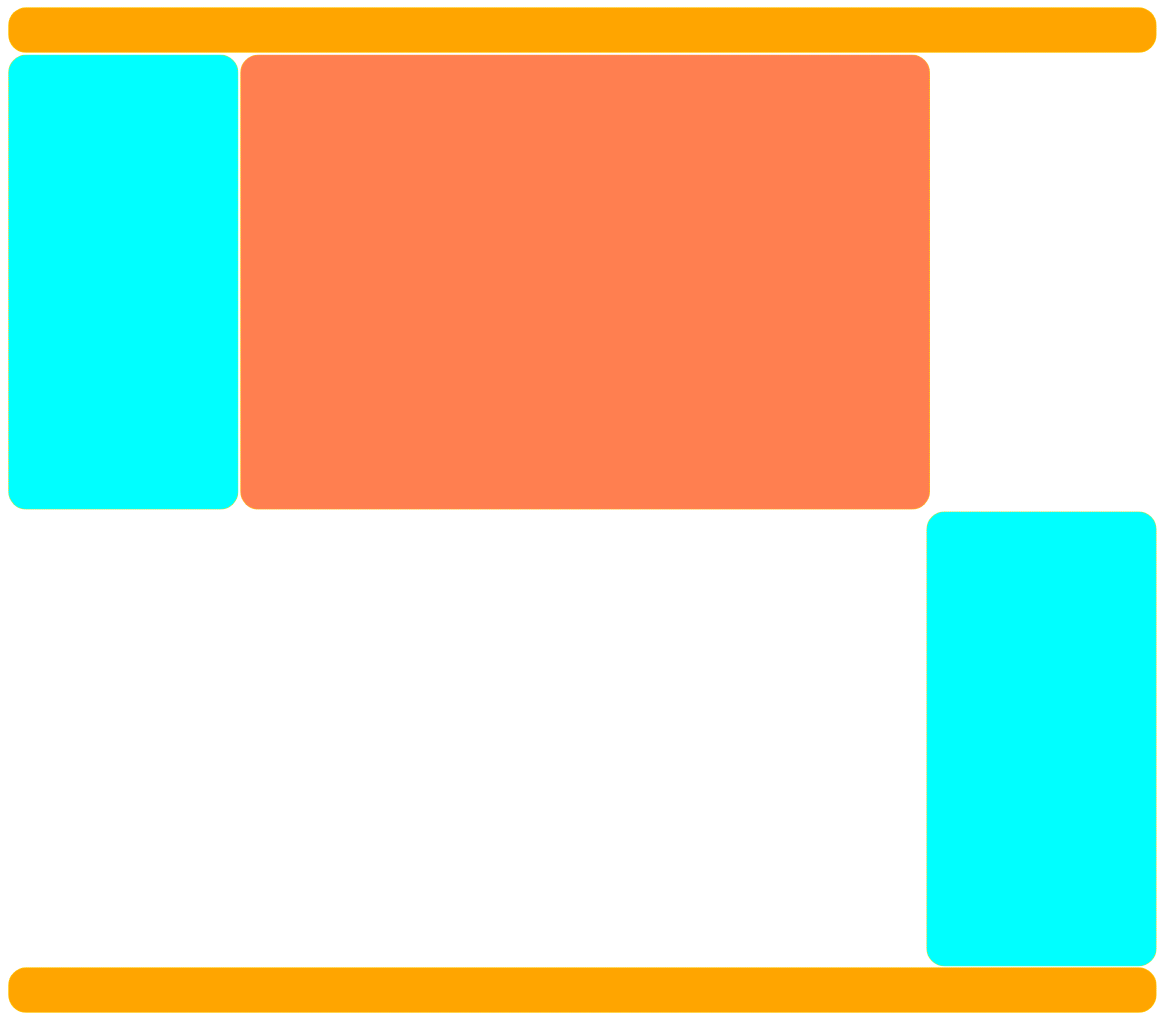
Repository: seonyeob94/BasicWeb
Page: webpro/src/main/webapp/0313/레이아웃_semantic.html
These files come from the project's save history. The page is drawn as it stood at one moment and after the next save; the edit follows.
The browser window is 1280 px wide. The pictures show the whole page, at 91% of full size.

Above is the page before, as saved 2025-03-13 01:13:34.

### webpro/src/main/webapp/0313/레이아웃_semantic.html
<!DOCTYPE html>
<html>
<head>
<meta charset="UTF-8">
<title>Insert title here</title>
<style type="text/css">
body{
  min-width : 1000px;
}
header,aside,section,footer{
  border: 1px dotted gold;
  margin: 1px;
  padding: 5px;
  box-sizing: border-box;
  border-radius: 20px;
}
header,footer{
  height: 50px;
  background: orange;
}
aside, section{
   height: 500px;
}
aside{
  width: calc(21% - 1%);
  background: cyan;
}
#left{
  float: left;
}
#right{
  float: right;
}
section{
  width: calc(61% - 1%);
  background: coral;
  float: left;
}
footer{
  clear: both;
}
</style>
</head>
<body>
<header></header>
<aside id="left"></aside>
<section></section>
<aside id="right"></aside>
<footer></footer>
</body>
</html>

After the next save:
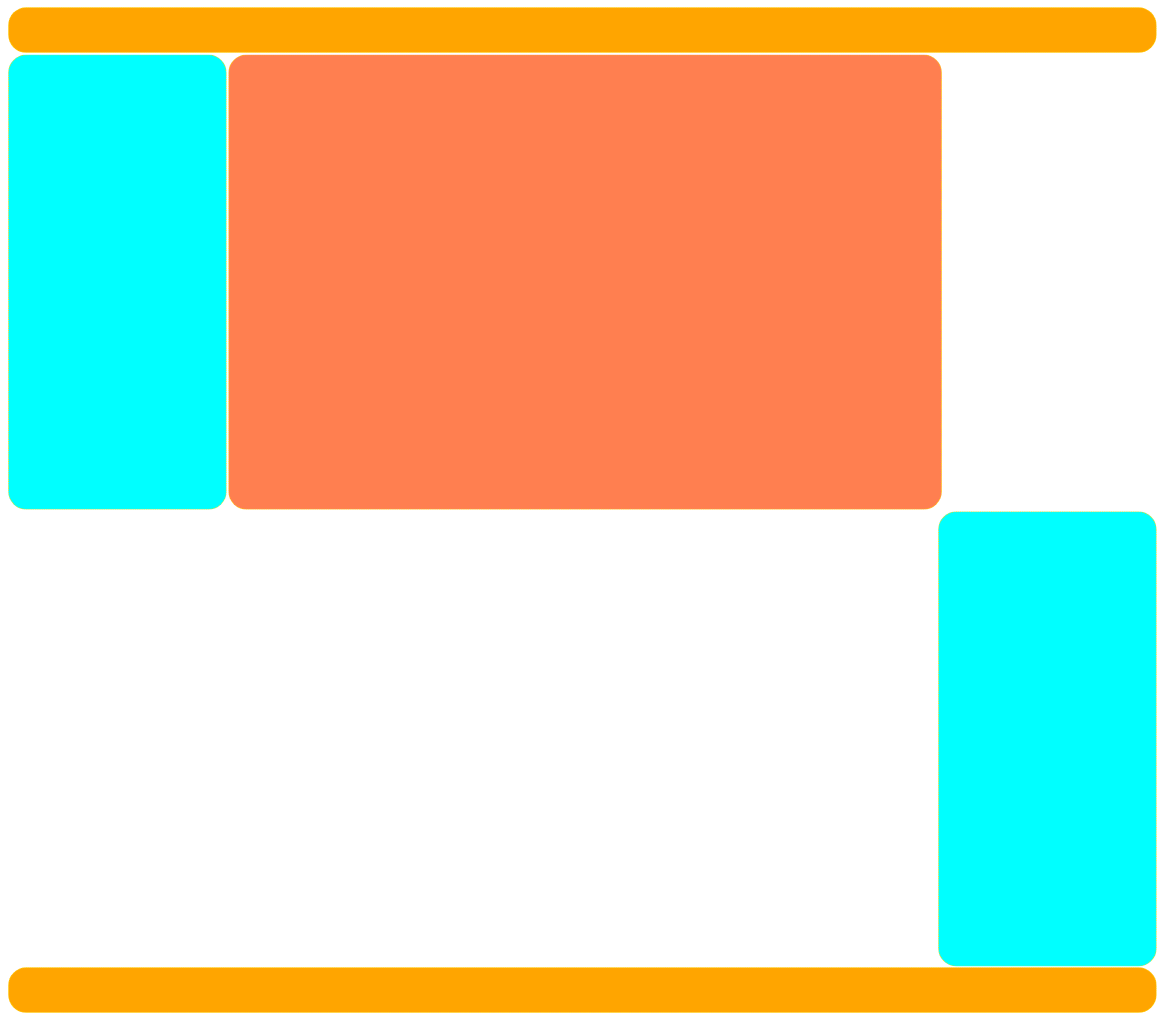
Saved 10 s later.
--- a/webpro/src/main/webapp/0313/레이아웃_semantic.html
+++ b/webpro/src/main/webapp/0313/레이아웃_semantic.html
@@ -22,7 +22,7 @@
    height: 500px;
 }
 aside{
-  width: calc(21% - 1%);
+  width: calc(20% - 1%);
   background: cyan;
 }
 #left{
@@ -32,7 +32,7 @@
   float: right;
 }
 section{
-  width: calc(61% - 1%);
+  width: calc(63% - 1%);
   background: coral;
   float: left;
 }
